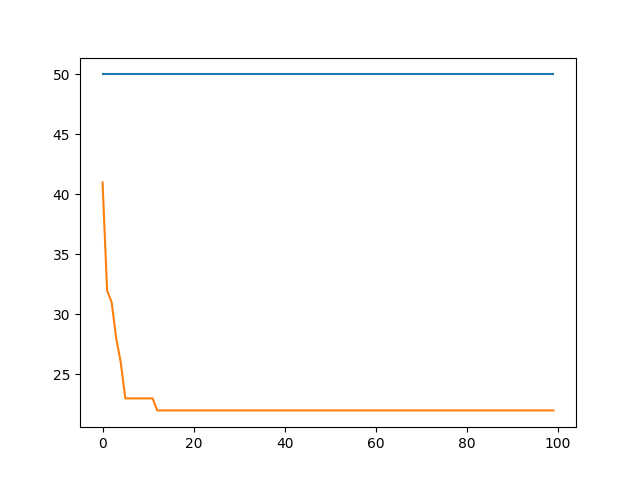
Repository: PatLaCisay/python-hawkdove-master
Script's output: python hawkdove.py
These files come from the project's save history. The script's output is drawn as it stood at one moment and after the next save; the edit follows.
Random numbers start from a fixed seed.

Above is the script's output before, as saved 2023-03-07 11:27:29.

After the next save:
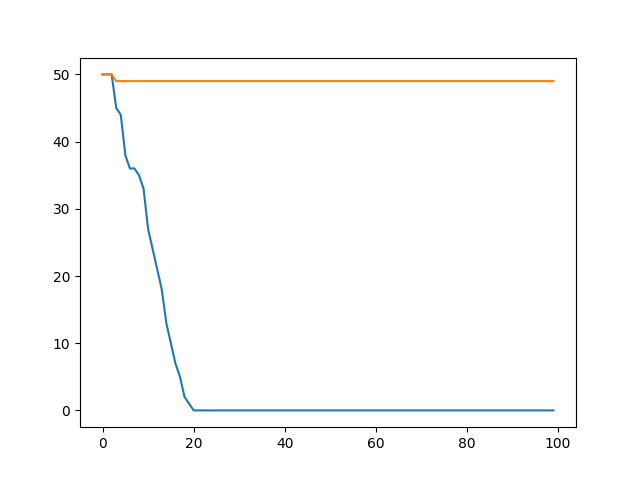
Saved 6 min 34 s later.
--- a/hawkdove.py
+++ b/hawkdove.py
@@ -13,9 +13,11 @@ MIN_FOOD_PER_ROUND = 20
 MAX_FOOD_PER_ROUND = 70
 
 ENERGY_REQUIRED_FOR_REPRODUCTION = 20000
-ENERGY_LOSS_PER_ROUND = 20 #C
+ENERGY_LOSS_PER_ROUND = 2 #C
 ENERGY_COST_OF_BLUFFING = 10
 ENERGY_LOSS_FROM_FIGHTING = 200
+
+ENERGY = 20
 
 ENERGY_REQUIRED_FOR_LIVING = 20
 
@@ -65,7 +67,7 @@ def main():
 
 		# Energy cost of 'living'
 		for agent in agents:
-			agent.energy += ENERGY_LOSS_PER_ROUND
+			agent.energy -= ENERGY_LOSS_PER_ROUND
 
 		round_dead_hawks, round_dead_doves = cull()
 		round_hawk_babies, round_dove_babies = breed()
@@ -195,19 +197,20 @@ def compete(agent, nemesis, food):
 	if agent.agent_type == TYPE_HAWK and nemesis.agent_type == TYPE_HAWK:
 		# Random winner chosen, loser gets injured, winner gets food
 		winner.energy += getEnergyFromFood(food)
-		loser.energy  -= ENERGY_LOSS_FROM_FIGHTING
+		loser.energy  -= ENERGY
 
 	if agent.agent_type == TYPE_HAWK and nemesis.agent_type == TYPE_DOVE:
 		agent.energy += getEnergyFromFood(food)
-		nemesis.energy -= ENERGY_COST_OF_BLUFFING
+		nemesis.energy -= ENERGY
 
 	if agent.agent_type == TYPE_DOVE and nemesis.agent_type == TYPE_HAWK:
 		nemesis.energy += getEnergyFromFood(food)
-		agent.energy -= ENERGY_COST_OF_BLUFFING
+		agent.energy -= ENERGY
 
 	if agent.agent_type == TYPE_DOVE and nemesis.agent_type == TYPE_DOVE:
-		winner.energy += getEnergyFromFood(food)
-		loser.energy  -= ENERGY_COST_OF_BLUFFING
+		agent.energy += getEnergyFromFood(food)/2
+		nemesis.energy += getEnergyFromFood(food)/2
+		loser.energy  -= ENERGY
 
 	nemesis.status = agent.status = STATUS_ASLEEP
 
